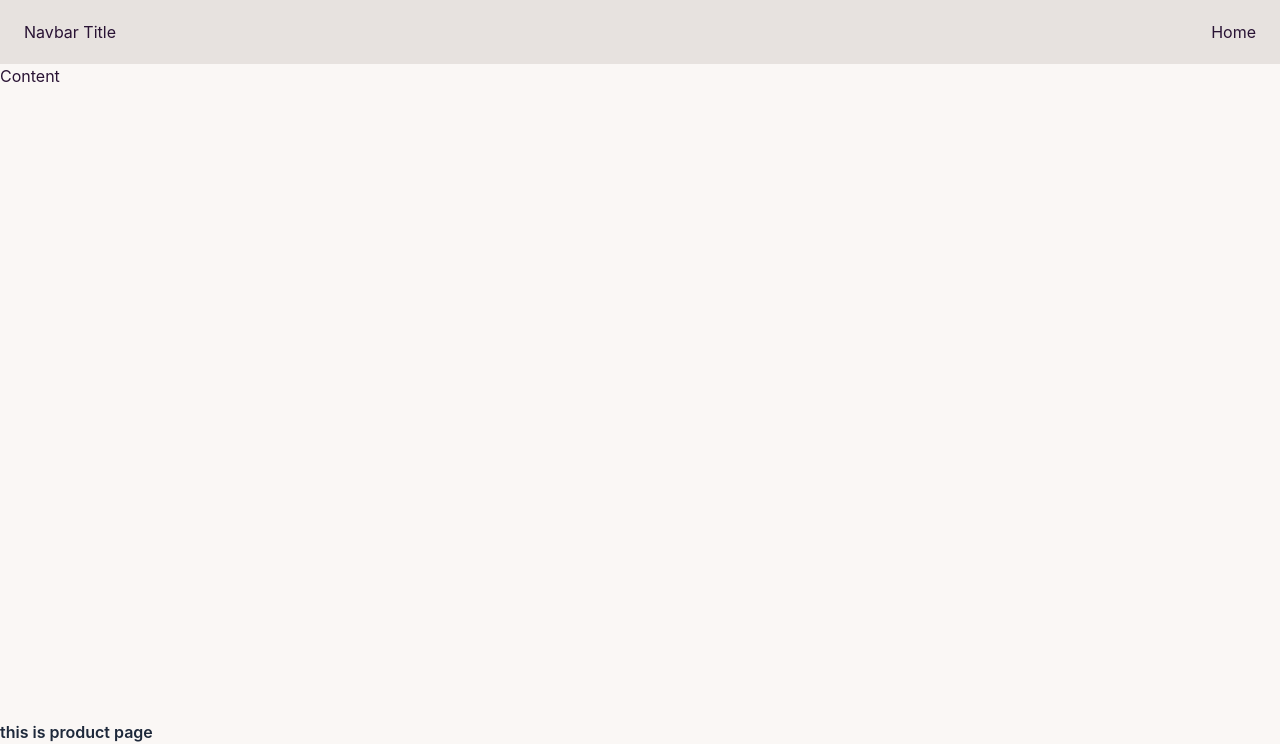
Repository: Tanvir3744/admin-portal
Page: /
The author's editor kept a copy of each file at every save. The page is drawn from the files as they stood at one save, then again after the next save.
The browser window is 1280 px wide. The pictures show the whole page.
The project was rebuilt for these pictures with package versions that can differ from the ones it lists, and the page was loaded fresh each time.

Above is the page before, as saved 2022-07-22 20:20:57.

### src/index.js
import React from 'react';
import ReactDOM from 'react-dom/client';
import './index.css';
import App from './App';
import reportWebVitals from './reportWebVitals';
import { Provider } from 'react-redux'
import { store } from './Redux/Store'
import { BrowserRouter } from 'react-router-dom'
const root = ReactDOM.createRoot(document.getElementById('root'));
root.render(
  <React.StrictMode>
    <Provider store={store}>
      <BrowserRouter>
        <App />
      </BrowserRouter>
    </Provider>
  </React.StrictMode>
);

// If you want to start measuring performance in your app, pass a function
// to log results (for example: reportWebVitals(console.log))
// or send to an analytics endpoint. Learn more: https://bit.ly/CRA-vitals
reportWebVitals();

### src/index.css
/* tailwind css configuration */
@tailwind base;
@tailwind components;
@tailwind utilities;

body {
  margin: 0;
  font-family: -apple-system, BlinkMacSystemFont, 'Segoe UI', 'Roboto', 'Oxygen',
    'Ubuntu', 'Cantarell', 'Fira Sans', 'Droid Sans', 'Helvetica Neue',
    sans-serif;
  -webkit-font-smoothing: antialiased;
  -moz-osx-font-smoothing: grayscale;
}

code {
  font-family: source-code-pro, Menlo, Monaco, Consolas, 'Courier New',
    monospace;
}

### src/App.js
import Header from './components/Header/Header'
import {Route, Routes } from 'react-router-dom';
import Products from './components/Products/Products';
function App() {
  return (
    <div className="App">
      <Header></Header>
      <Routes>
        <Route path='/' element={<Products/>}></Route>
      </Routes>
    </div>
  );
}

export default App;

### src/Redux/Store.js
import { createStore } from 'redux';
import { rootReducers } from './Reducers';
export const store = createStore(rootReducers,
    {},
     window.__REDUX_DEVTOOLS_EXTENSION__ && window.__REDUX_DEVTOOLS_EXTENSION__()
) // the second argument could be a middleware I'm gonna use that later

### src/components/Header/Header.js
import React from 'react';
import {Link} from 'react-router-dom'
const Header = () => {
    const menuItem = <>
        <li><Link to='/home'>Home</Link></li>
    </>
    return (
        <div>
           <div class="drawer">
  <input id="my-drawer-3" type="checkbox" class="drawer-toggle" />
  <div class="drawer-content flex flex-col">

    <div class="w-full navbar bg-base-300">
      <div class="flex-none lg:hidden">
        <label for="my-drawer-3" class="btn btn-square btn-ghost">
          <svg xmlns="http://www.w3.org/2000/svg" fill="none" viewBox="0 0 24 24" class="inline-block w-6 h-6 stroke-current"><path stroke-linecap="round" stroke-linejoin="round" stroke-width="2" d="M4 6h16M4 12h16M4 18h16"></path></svg>
        </label>
      </div>
      <div class="flex-1 px-2 mx-2">Navbar Title</div>
      <div class="flex-none hidden lg:block">
        <ul class="menu menu-horizontal">
         {menuItem}
        </ul>
      </div>
    </div>

    Content
  </div>
  <div class="drawer-side">
    <label for="my-drawer-3" class="drawer-overlay"></label>
    <ul class="menu p-4 overflow-y-auto w-80 bg-base-100">
    {menuItem}
    </ul>

  </div>
</div>
        </div>
    );
};

export default Header;

### src/components/Products/Products.js
import React from 'react';

const Products = () => {
    return (
        <div>
            <h2 className='text-slate-800 font-semibold'>this is product page</h2>

        </div>
    );
};

export default Products;

### src/Redux/Reducers/index.js
import { combineReducers } from 'redux';
import { setProductReducers } from '../Reducers/Reducers';

export const rootReducers = combineReducers({
    setProdReducer : setProductReducers,
})

### src/Redux/Reducers/Reducers.js
import { ActionType } from '../ActionTypes/ActionContstant'

//initializing the state here
const initProdState = {
    products: [
        {
            "img": "https://m.media-amazon.com/images/I/71wrIZujPIL._AC_UL320_.jpg",
            "name": "Roku Streaming Stick 4K 2021",
            "desc": "Streaming Device 4K/HDR/Dolby Vision with Roku Voice Remote and TV Controls",
            "price": "$29.99"
        },
        {
            "img": "https://m.media-amazon.com/images/I/717dWfmxXVL._AC_UL320_.jpg",
            "name": "Roku Express | HD Streaming Media",
            "desc": "Player with High Speed HDMI Cable and Simple Remote",
            "price": "$19.99"
        },
        {
            "img": "https://m.media-amazon.com/images/I/71rXSVqET9L._AC_UL320_.jpg",
            "name": "Sceptre 24 inch Professional Thin 75Hz",
            "desc": "1080p LED Monitor 2x HDMI VGA Build-in Speakers, Machine Black (E248W-19203R Series)",
            "price": "$99.99"
        },
        {
            "img": "https://m.media-amazon.com/images/I/712xpaJPT6L._AC_UL320_.jpg",
            "name": "Logitech C922x Pro Stream Webcam ",
            "desc": "Full 1080p HD Camera",
            "price": "$109.99"
        }
    ]
}

console.log(initProdState)
export const setProductReducers = (state = initProdState, { type, payload }) => {
    switch (type) {
        case ActionType.SET_PRODUCTS:
            return state;

        default:
            return state;
    }
}

### src/Redux/ActionTypes/ActionContstant.js
export const ActionType = {
    SET_PRODUCTS: "SET_PRODUCTS",
    SELECTED_PRODUCT: 'SELECTED_PRODUCT',
    REMOVE_SELECTED_PRODUCT : 'REMOVE_SELECTED_PRODUCT',
}

### tailwind.config.js
/** @type {import('tailwindcss').Config} */
module.exports = {
  content: ["./src/**/*.{html,js}"],
  theme:{
    extend: {
      daisyui: {
        themes: [
          {
            mytheme: {
              "primary": "#ffc4d3",
              "secondary": "#f285d6",
              "accent": "#6501ad",
              "neutral": "#1B1D23",
              "base-100": "#EDE6EF",
              "info": "#408BC4",
              "success": "#24BC85",
              "warning": "#A26F11",
              "error": "#F4627A",
            },
          },
        ],
      },
    },
  },
  daisyui: {
    themes: ["cupcake","cmyk"],
  },
  plugins: [require("daisyui")],
}

Loaded but not shown: public/index.html (common file); src/reportWebVitals.js (common file)

After the next save:
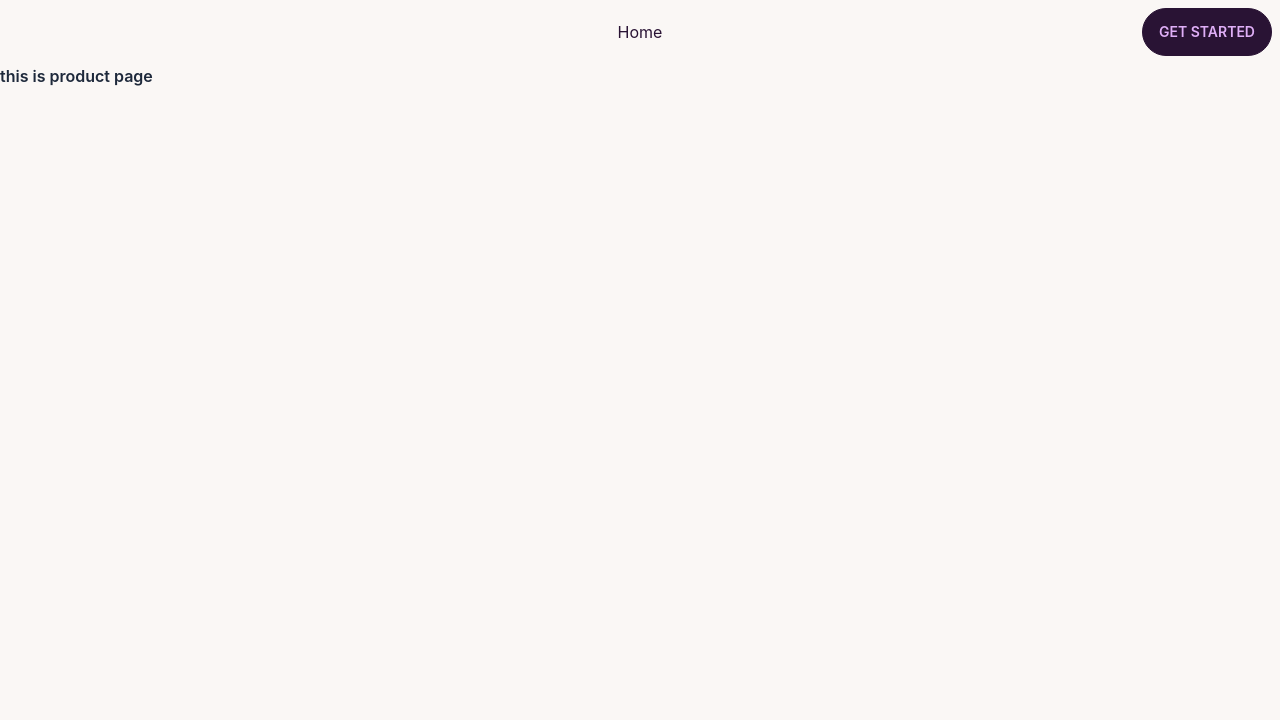
Saved 5 min 8 s later.
--- a/src/components/Header/Header.js
+++ b/src/components/Header/Header.js
@@ -6,34 +6,29 @@ const Header = () => {
     </>
     return (
         <div>
-           <div class="drawer">
-  <input id="my-drawer-3" type="checkbox" class="drawer-toggle" />
-  <div class="drawer-content flex flex-col">
-
-    <div class="w-full navbar bg-base-300">
-      <div class="flex-none lg:hidden">
-        <label for="my-drawer-3" class="btn btn-square btn-ghost">
-          <svg xmlns="http://www.w3.org/2000/svg" fill="none" viewBox="0 0 24 24" class="inline-block w-6 h-6 stroke-current"><path stroke-linecap="round" stroke-linejoin="round" stroke-width="2" d="M4 6h16M4 12h16M4 18h16"></path></svg>
-        </label>
-      </div>
-      <div class="flex-1 px-2 mx-2">Navbar Title</div>
-      <div class="flex-none hidden lg:block">
-        <ul class="menu menu-horizontal">
-         {menuItem}
-        </ul>
-      </div>
-    </div>
-
-    Content
-  </div>
-  <div class="drawer-side">
-    <label for="my-drawer-3" class="drawer-overlay"></label>
-    <ul class="menu p-4 overflow-y-auto w-80 bg-base-100">
-    {menuItem}
-    </ul>
-
-  </div>
-</div>
+            <div class="navbar bg-base-100">
+                <div class="navbar-start">
+                    <div class="dropdown">
+                        <label tabindex="0" class="btn btn-ghost lg:hidden">
+                            <svg xmlns="http://www.w3.org/2000/svg" class="h-5 w-5" fill="none" viewBox="0 0 24 24" stroke="currentColor"><path stroke-linecap="round" stroke-linejoin="round" stroke-width="2" d="M4 6h16M4 12h8m-8 6h16" /></svg>
+                        </label>
+                        <ul tabindex="0" class="menu menu-compact dropdown-content mt-3 p-2 shadow bg-base-100 rounded-box w-52">
+                            {menuItem}
+                        </ul>
+                    </div>
+                    <a class="btn btn-ghost normal-case text-xl">
+                        <img src="" alt="" />
+                    </a>
+                </div>
+                <div class="navbar-center hidden lg:flex">
+                    <ul class="menu menu-horizontal p-0">
+                       {menuItem}
+                    </ul>
+                </div>
+                <div class="navbar-end">
+                    <a class="btn">Get started</a>
+                </div>
+            </div>
         </div>
     );
 };
